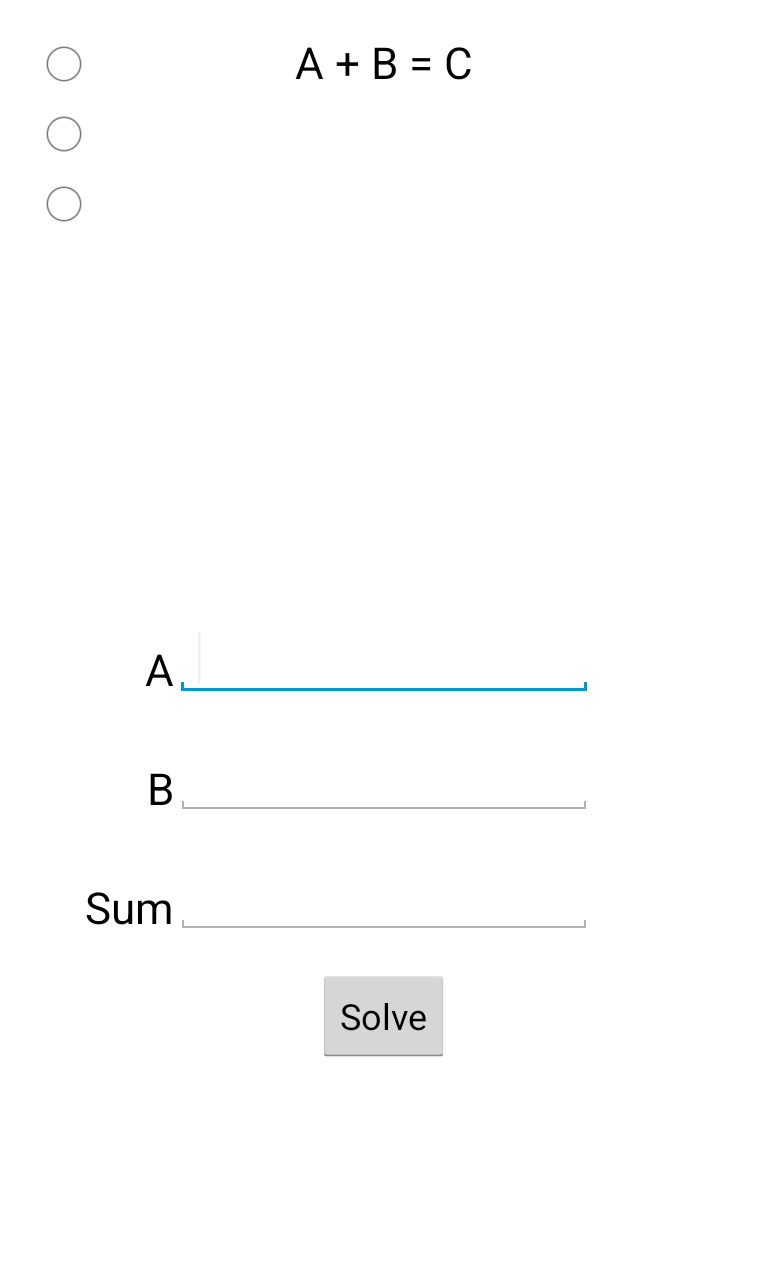
Repository: dtri123/Equation-Station
Layout: TheEquationStation/res/layout/addition_page.xml
These files come from the project's save history. The layout is drawn as it stood at one moment and after the next save; the edit follows.
It is drawn on a 768 x 1280 px phone screen (xhdpi) without system bars, with theme AppTheme; the app's code is not run.

Above is the layout before, as saved 2013-07-18 17:18:38.

After the next save:
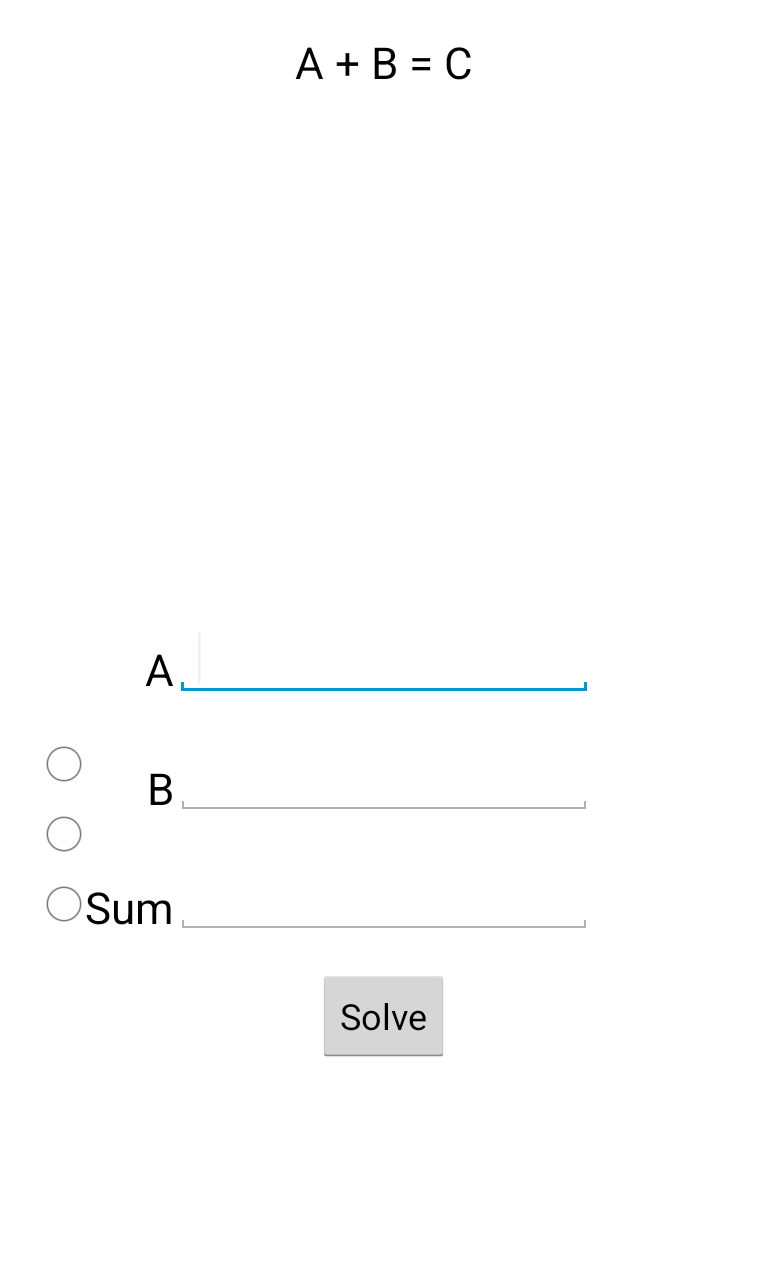
Saved 82 s later.
--- a/TheEquationStation/res/layout/addition_page.xml
+++ b/TheEquationStation/res/layout/addition_page.xml
@@ -25,30 +25,32 @@
         android:layout_centerHorizontal="true"
         android:text="A + B = C"
         android:textAppearance="?android:attr/textAppearanceLarge" />
-    <RadioGroup android:id="@+id/group1"
-	    android:layout_width="fill_parent"
-		android:layout_height="wrap_content"
-		android:orientation="vertical"
-		android:layout_alignBottom="@+id/editText3"
-		android:layout_toRightOf="@+id/editText3">
+
+    <RadioGroup
+        android:id="@+id/group1"
+        android:layout_width="fill_parent"
+        android:layout_height="wrap_content"
+        android:layout_alignBottom="@+id/editText_AddSum"
+        android:layout_toRightOf="@+id/editText3"
+        android:orientation="vertical" >
 
         <RadioButton
             android:id="@+id/radioButtonAddA"
             android:layout_width="wrap_content"
             android:layout_height="wrap_content" />
-"
 
-<RadioButton
-		android:id="@+id/radioButtonAddB"
-		android:layout_width="wrap_content"
-		android:layout_height="wrap_content"
-		android:layout_marginTop="3dp" />
 
-	<RadioButton
-		android:id="@+id/radioButtonSum"
-		android:layout_width="wrap_content"
-		android:layout_height="wrap_content"
-		android:layout_marginTop="3dp"/>
+		<RadioButton
+			android:id="@+id/radioButtonAddB"
+			android:layout_width="wrap_content"
+			android:layout_height="wrap_content"
+			android:layout_marginTop="3dp" />
+
+		<RadioButton
+			android:id="@+id/radioButtonSum"
+			android:layout_width="wrap_content"
+			android:layout_height="wrap_content"
+			android:layout_marginTop="3dp"/>
 	</RadioGroup>
 
     <EditText
